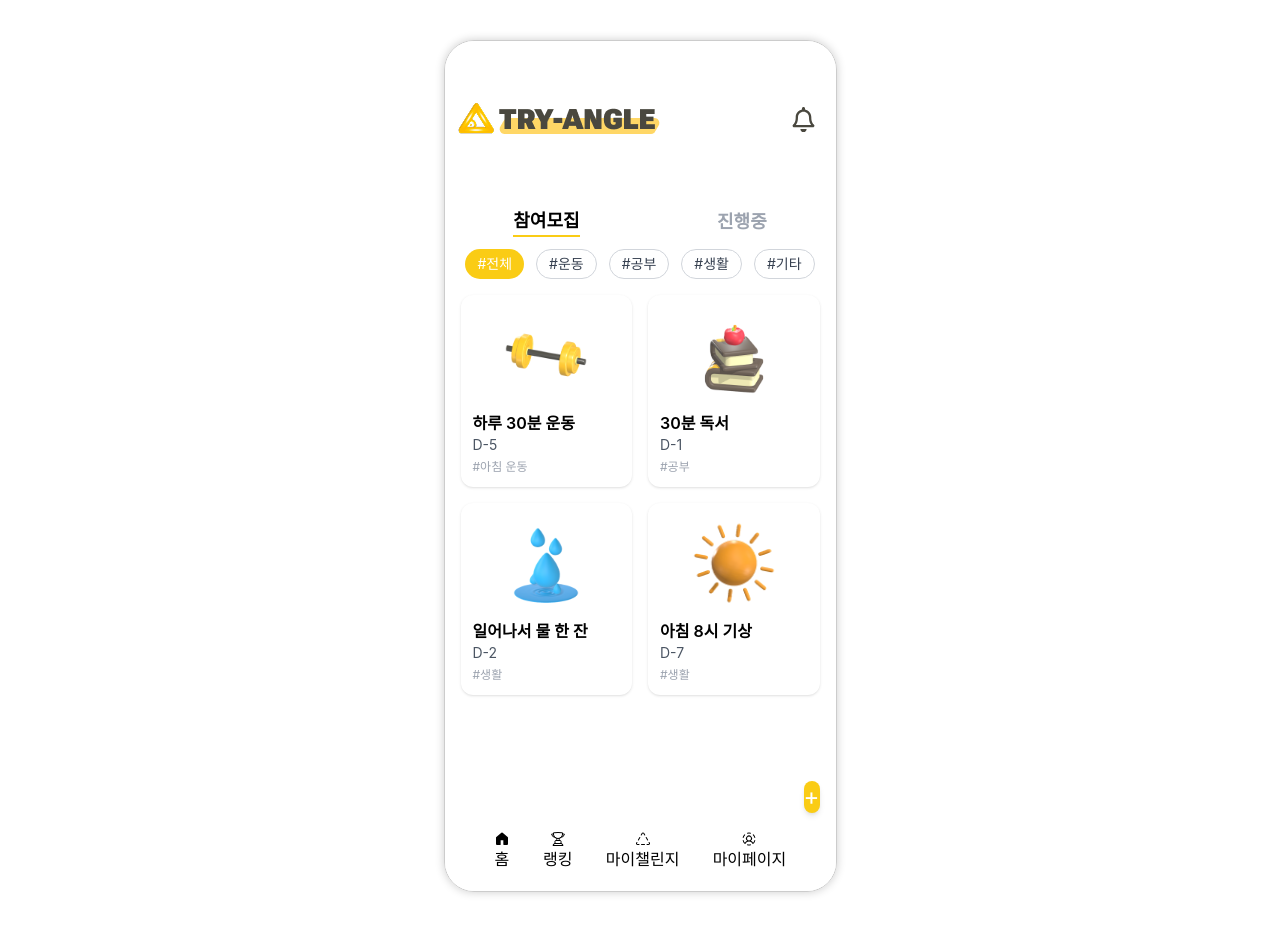
Repository: gusdk19/TryAngle-FE
Page: /
These files come from the project's save history. The page is drawn as it stood at one moment and after the next save; the edit follows.
The browser window is 1280 px wide. The pictures show the whole page.
The project was rebuilt for these pictures with package versions that can differ from the ones it lists, and the page was loaded fresh each time. Also part of the build but not shown: src/App.css.

Above is the page before, as saved 2025-04-30 15:38:45.

### src/index.js
import React from 'react';
import ReactDOM from 'react-dom/client';
import "./styles/index.css";
import App from './App';
import reportWebVitals from './reportWebVitals';

const root = ReactDOM.createRoot(document.getElementById('root'));
root.render(
  <React.StrictMode>
    {/* <App /> */}
    <div className='iphone-frame'>
      <App/>
    </div>
  </React.StrictMode>
);

// If you want to start measuring performance in your app, pass a function
// to log results (for example: reportWebVitals(console.log))
// or send to an analytics endpoint. Learn more: https://bit.ly/CRA-vitals
reportWebVitals();

### src/styles/index.css
@tailwind base;
@tailwind components;
@tailwind utilities;

body {
  margin: 0;
  font-family: -apple-system, BlinkMacSystemFont, 'Segoe UI', 'Roboto', 'Oxygen',
    'Ubuntu', 'Cantarell', 'Fira Sans', 'Droid Sans', 'Helvetica Neue',
    sans-serif;
  -webkit-font-smoothing: antialiased;
  -moz-osx-font-smoothing: grayscale;
}

code {
  font-family: source-code-pro, Menlo, Monaco, Consolas, 'Courier New',
    monospace;
}

.iphone-frame {
  position: relative;
  width: 393px;
  height: 852px;
  border: 1px solid #ccc;
  margin: 40px auto;
  box-shadow: 0 0 10px rgba(0,0,0,0.2);
  overflow: auto;
  border-radius: 30px;
  background: white;
  padding: 0px 0px;

  -ms-overflow-style:none; /* IE and Edge */
  scrollbar-width:none; /* Firefox */
}

.iphone-frame::-webkit-scrollbar {
	display:none /* Chrome , Safari , Opera */
}

### src/App.js
import { BrowserRouter, Routes, Route } from 'react-router-dom';
import './App.css';

import Home from './pages/Home';
//import Alarm from './pages/Alarm';
//import ChallengeAdd from './pages/ChallengeAdd';

function App() {
  return (
    <BrowserRouter>
      <Routes>
        <Route path="/" element={<Home />} />
        {/*<Route path="/alarm" element={<Alarm />} /> */}
        { /*<Route path="/challenge/add" element={<ChallengeAdd />} />*/}
      </Routes>
    </BrowserRouter>
  );
}

export default App;

### src/pages/Home.js
import React, { useState } from 'react';
import Header from '../components/Header';
import Footer from '../components/Footer';
import dumbell from '../assets/images/finace/dumbell.png';
import books from '../assets/images/finace/books.png';
import water from '../assets/images/finace/water.png';
import sun from '../assets/images/finace/Sun.png';

const Home = () => {
  const [activeTab, setActiveTab] = useState('participating');
  const [activeCategory, setActiveCategory] = useState('전체');

  const categories = ['전체', '운동', '공부', '생활', '기타'];

  const challenges = [
    { id: 1, title: '하루 30분 운동', dday: 5, tag: '#아침 운동', image: dumbell },
    { id: 2, title: '30분 독서', dday: 1, tag: '#공부', image: books },
    { id: 3, title: '일어나서 물 한 잔', dday: 2, tag: '#생활', image: water },
    { id: 4, title: '아침 8시 기상', dday: 7, tag: '#생활', image: sun },
  ];

  const filteredChallenges =
    activeCategory === '전체'
      ? challenges
      : challenges.filter((c) => c.tag.includes(activeCategory));

  return (
    <div className="flex justify-center items-center min-h-screen bg-gray-200">
      {/* 모바일 프레임 */}
      <div className="relative w-[393px] h-[852px] bg-white overflow-hidden rounded-xl shadow-lg flex flex-col">
        <Header />

        {/* 탭 영역 */}
        <div className="flex justify-around mt-4">
          <button
            className={`text-lg font-semibold ${
              activeTab === 'participating'
                ? 'border-b-2 border-yellow-400 text-black'
                : 'text-gray-400'
            }`}
            onClick={() => setActiveTab('participating')}
          >
            참여모집
          </button>
          <button
            className={`text-lg font-semibold ${
              activeTab === 'ongoing'
                ? 'border-b-2 border-yellow-400 text-black'
                : 'text-gray-400'
            }`}
            onClick={() => setActiveTab('ongoing')}
          >
            진행중
          </button>
        </div>

        {/* + 버튼 */}
        <button className="absolute bottom-20 right-4 bg-yellow-400 w-23 h-22 rounded-full text-white text-2xl shadow-md hover:bg-yellow-500 z-20">
          +
        </button>

        {/* 카테고리 */}
        <div className="flex justify-center gap-3 mt-3">
          {categories.map((category) => (
            <button
              key={category}
              className={`px-3 py-1 rounded-full text-sm ${
                activeCategory === category
                  ? 'bg-yellow-400 text-white'
                  : 'bg-white text-gray-700 border border-gray-300'
              }`}
              onClick={() => setActiveCategory(category)}
            >
              #{category}
            </button>
          ))}
        </div>

        {/* 챌린지 카드 */}
        <div className="flex-grow overflow-y-auto p-4 pb-[100px]">
          <div className="grid grid-cols-2 gap-4">
            {filteredChallenges.map((c) => (
              <div
                key={c.id}
                className="bg-white p-3 rounded-xl shadow hover:bg-yellow-200 transition"
              >
                <img
                  src={c.image}
                  alt={c.title}
                  className="w-full h-24 object-contain mb-2"
                />
                <p className="font-semibold">{c.title}</p>
                <p className="text-sm text-gray-600">D-{c.dday}</p>
                <p className="text-xs text-gray-400 mt-1">{c.tag}</p>
              </div>
            ))}
          </div>
        </div>

        <Footer page="home" />
      </div>
    </div>
  );
};

export default Home;

### src/components/Header.js
import React from "react";
import "../styles/Header.css";
import { FaRegBell } from "react-icons/fa";
import { useNavigate } from "react-router-dom";
import logo_name from "../assets/images/common/logo_name.png";

export default function Header() {
  const navigate = useNavigate();

  return (
    <div className="header flex flex-unwrap grow w-full pt-[4.5px]">
      {/* 로고 (왼쪽) */}
      <div className="logo-name my-auto flex-1 text-left align-middle cursor-pointer" onClick={() => navigate("/")}>
        <img src={logo_name} alt="try-angle_logo_name" />
      </div>

      {/* 알림 아이콘 (오른쪽) */}
      <div className="bell flex-none align-middle cursor-pointer">
        <FaRegBell
          className="bell-icon2 mt-[2px] text-[#4A483F]"
          onClick={() => navigate("/alarm")}
        />
      </div>
    </div>
  );
}

### src/components/Footer.js
import React from "react";
import "../styles/Header.css";
import { GoHome, GoHomeFill } from "react-icons/go";
import { HiTrophy, HiOutlineTrophy } from "react-icons/hi2";
import { PiUserCircleDashed, PiUserCircleDuotone, PiTriangleDashedFill, PiTriangleDashed } from "react-icons/pi";
import { useNavigate } from "react-router-dom";

export default function Footer({ page }) {
  const navigate = useNavigate();

  const navigationItems = [
    {
      icon: page === "home" ? <GoHomeFill className="icon" /> : <GoHome className="icon" />,
      label: "홈",
      route: "/",
    },
    {
      icon: page === "ranking" ? <HiTrophy className="icon" /> : <HiOutlineTrophy className="icon" />,
      label: "랭킹",
      route: "/rank",
    },
    {
      icon: page === "myChallenge" ? <PiTriangleDashedFill className="icon" /> : <PiTriangleDashed className="icon" />,
      label: "마이챌린지",
      route: "/mychallenge",
    },
    {
      icon: page === "myPage" ? <PiUserCircleDuotone className="icon" /> : <PiUserCircleDashed className="icon" />,
      label: "마이페이지",
      route: "/mypage",
    },
  ];

  return(
    <footer className="absolute w-full h-[70px] bottom-0 left-0 bg-white px-4 pt-2">
      <div className="flex justify-evenly items-start">
        {navigationItems.map((item, index) => (
          <div key={index} className="flex flex-col items-center cursor-pointer" onClick={()=>{navigate(item.route);}}>
            {item.icon}
            {item.label}
          </div>
        ))}
      </div>
    </footer>
);
}

### src/styles/Header.css
.header{
    display: flex;
    flex-wrap: nowrap;
    justify-content: space-between;
    position: relative;
    width: 100%;
    height: 51px;
    text-align: center;
    vertical-align: middle;
}

.title{
    display: grid;
    place-items: center;
    flex-grow: 1;
    vertical-align: middle;
}

.logo-name{
    display: grid;
    place-items: start;
    flex-grow: 1;
    vertical-align: middle;
    margin-left: 13px;
}

.title-text{
    position: absolute;
    left:50%;
    transform: translateX(-50%);
    font-weight: bold;
    font-size: large;
}

.bell{
    display: grid;
    place-items: center;
    flex-shrink: 0;
    vertical-align: middle;
    margin-right:20px;

}

.bell-icon{
    width: 20px;
    height:20px;
}

.bell-icon2{
    width: 25px;
    height:25px;
}

.back{
    display: grid;
    place-items: center;
    flex-shrink: 0;
    vertical-align: middle;
    margin-left:20px;

}

.back-icon{
    width: 20px;
    height:20px;
}

### tailwind.config.js
/** @type {import('tailwindcss').Config} */
module.exports = {
    content: [
        "./src/**/*.{js,jsx,ts,tsx}",
    ],
    theme: {
      extend: {},
    },
    plugins: [],
  }

Loaded but not shown: public/index.html (common file); src/reportWebVitals.js (common file)

After the next save:
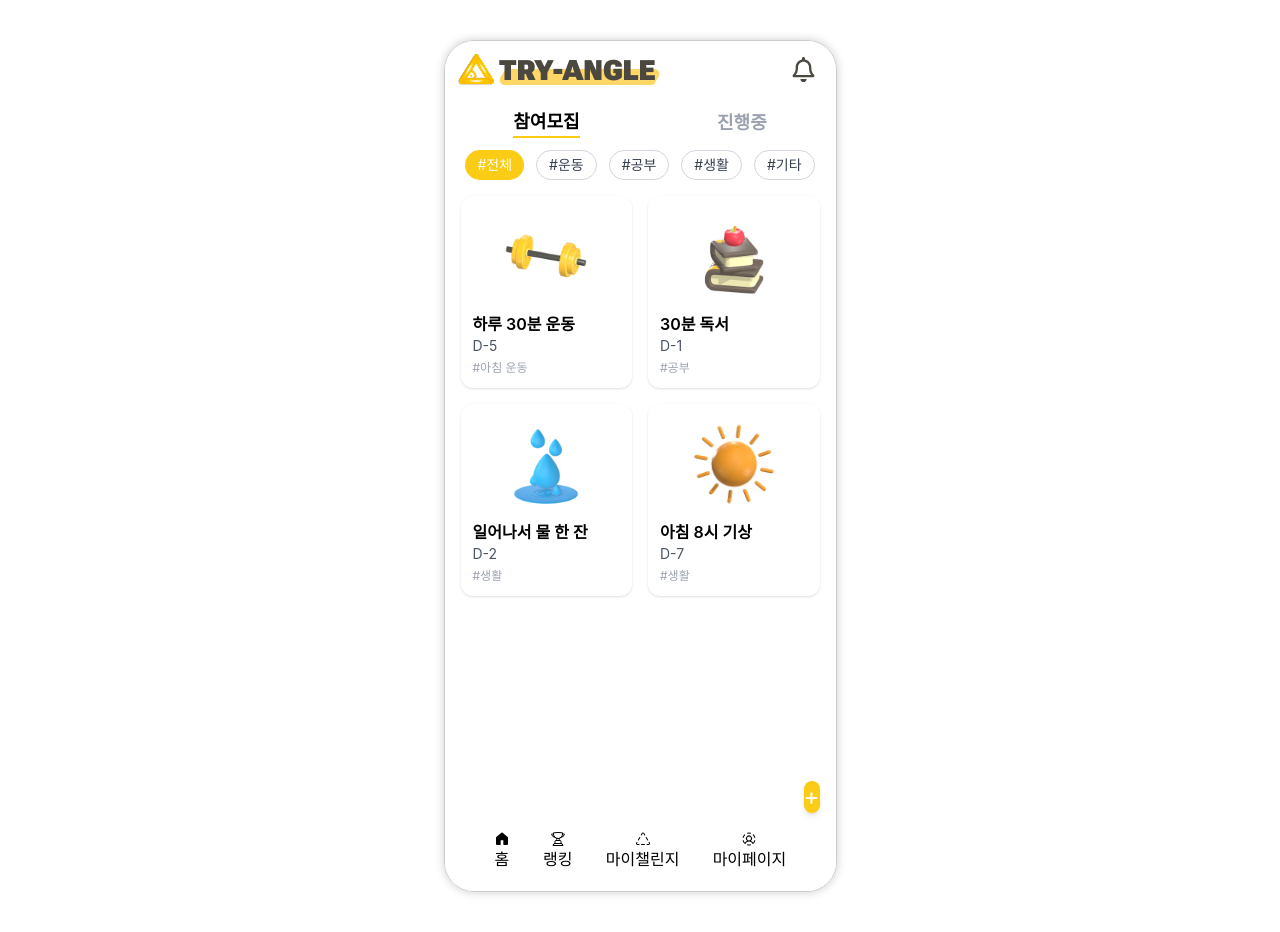
Saved 4 min 42 s later.
--- a/src/pages/Home.js
+++ b/src/pages/Home.js
@@ -25,9 +25,9 @@ const Home = () => {
       : challenges.filter((c) => c.tag.includes(activeCategory));
 
   return (
-    <div className="flex justify-center items-center min-h-screen bg-gray-200">
+    <div className="bg-white flex flex-row justify-center w-full">
       {/* 모바일 프레임 */}
-      <div className="relative w-[393px] h-[852px] bg-white overflow-hidden rounded-xl shadow-lg flex flex-col">
+      <div className="bg-white w-[393px] h-[852px] relative">
         <Header />
 
         {/* 탭 영역 */}
